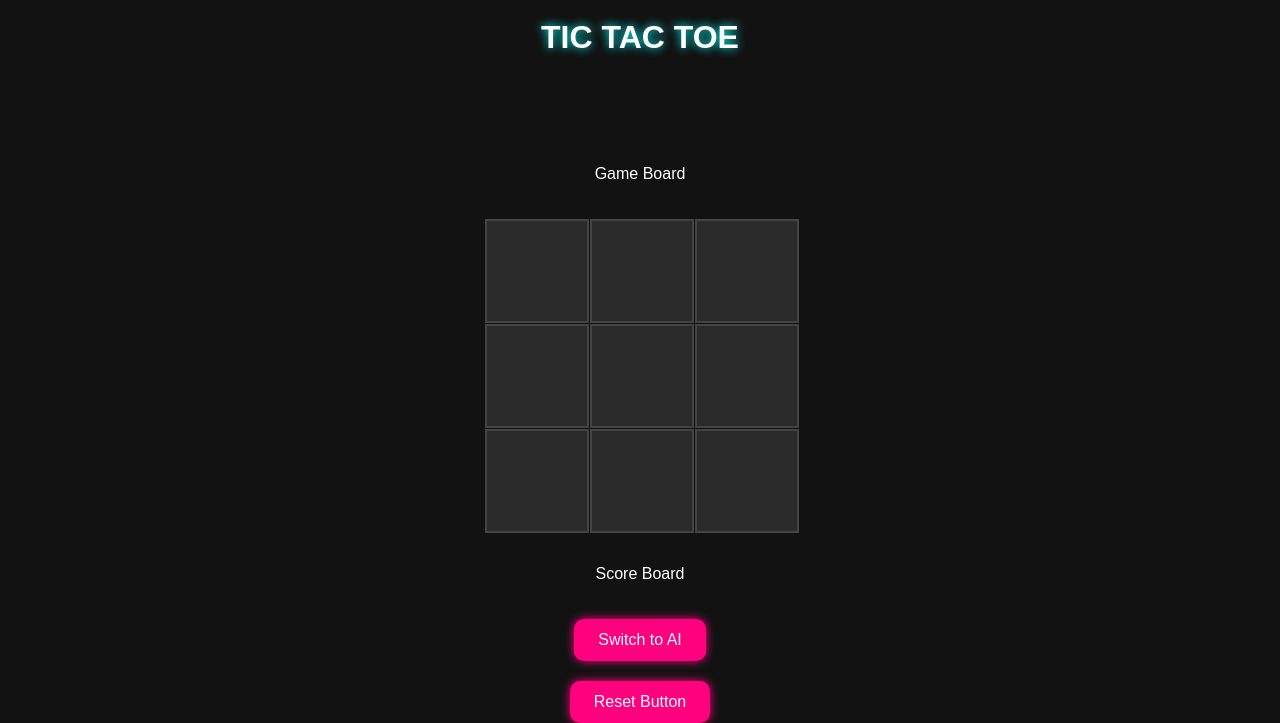
Repository: Yash19075/TicTacToe-game
Page: TicTacToe.html
The author's editor kept a copy of each file at every save. The page is drawn from the files as they stood at one save, then again after the next save.
The browser window is 1280 px wide. The pictures show the whole page.

Above is the page before, as saved 2025-03-09 11:06:54.

### TicTacToe.html
<!DOCTYPE html>
<html lang="en">
<head>
    <meta charset="UTF-8">
    <meta name="viewport" content="width=device-width, initial-scale=1.0">
    <title>TicTacToe</title>
    <link rel="stylesheet" href="TicTacToe.css">
</head>
<body>
    <h1>TIC TAC TOE</h1>

    <p class="player-turn"></p>

    <p>Game Board</p>
    <div class="css-board">
        <div class="cell" onclick="handleClick(0)"></div>
        <div class="cell" onclick="handleClick(1)"></div>
        <div class="cell" onclick="handleClick(2)"></div>
        <div class="cell" onclick="handleClick(3)"></div>
        <div class="cell" onclick="handleClick(4)"></div>
        <div class="cell" onclick="handleClick(5)"></div>
        <div class="cell" onclick="handleClick(6)"></div>
        <div class="cell" onclick="handleClick(7)"></div>
        <div class="cell" onclick="handleClick(8)"></div>
    </div>
    <p class="score-board">Score Board</p>
    <button class="css-switchButton">Switch to AI</button>
    <button class="css-resetButton" onclick="button_reset()">Reset Button</button>

    <script src="TicTacToe.js"></script>
</body>
</html>

### TicTacToe.css
body {
    display: flex;
    justify-content: center;
    align-items: center;
    flex-direction: column;
    height: 100vh;
    margin: 0;
    gap: 20px;
    background-color: #121212;
    color: white;
    font-family: Arial, sans-serif;
}

h1 {
    font-size: 32px;
    text-shadow: 0 0 10px #00ffff;
}


.css-board {
    display: grid;
    grid-template-columns: repeat(3, 100px);
    grid-template-rows: repeat(3, 100px);
    gap: 5px;
}

/* Game Board Cells */
.css-board div {
    display: flex;
    justify-content: center;
    align-items: center;
    border: 2px solid #444;
    background-color: #2a2a2a;
    color: #00ffff; /* Neon cyan */
    font-size: 36px;
    font-weight: bold;
    width: 100px;
    height: 100px;
    text-shadow: 0 0 10px #00ffff;
    transition: background-color 0.3s ease-in-out, box-shadow 0.3s;
}

/* Hover effect on empty cells */
.css-board div:hover {
    background-color: #333;
    box-shadow: 0 0 10px #00ffff;
    cursor: pointer;
}

/* Buttons */
.css-switchButton, .css-resetButton {
    padding: 12px 24px;
    border-radius: 10px;
    cursor: pointer;
    font-size: 16px;
    border: none;
    background-color: #ff007f; /* Neon pink */
    color: white;
    box-shadow: 0 0 10px #ff007f;
    transition: transform 0.2s ease-in-out, background-color 0.3s, box-shadow 0.3s;
}

.css-switchButton:hover, .css-resetButton:hover {
    background-color: #ff00ff; /* Brighter glow */
    box-shadow: 0 0 15px #ff00ff;
    transform: scale(1.1);
}

### TicTacToe.js
let board = ["","","","","","","","",""];
move = 'X';
const cells = document.querySelectorAll(".css-board div");
console.log(cells)

let cellCount = 0;
let winningPattern = [
    [0,1,2],
    [3,4,5],
    [6,7,8],
    [0,3,6],
    [1,4,7],
    [2,5,8],
    [0,4,8],
    [2,4,6]
]

// for (let i = 0; i < cells.length; i++) {
//     cells[i].onclick = function () {
//         handleClick(i);
//     };
// }

function winner() {
    for (let pattern of winningPattern)
    {
        let pos0 = cells[pattern[0]].innerText;
        let pos1 = cells[pattern[1]].innerText;
        let pos2 = cells[pattern[2]].innerText;
        // console.log(pos0,pos1,pos2);
        if(pos0 != "" && pos1!= "" && pos2 != "")
        {
            if(pos0 === pos1 && pos1 === pos2)
            {
                // console.log("Winner");
                document.querySelector(".score-board").innerText = `${pos0}'s Win`;
                for (let cell of cells) {
                    cell.onclick = null;
                    cell.classList.add("disabled");
                }
            return pos0;
            }
        }
        if(cellCount == 9)
        {
            document.querySelector(".score-board").innerText = `Its a draw`;
        }
    }
}



function handleClick(index) {
 if(move === 'X')
    {
        document.querySelector(".player-turn").innerHTML = `Player 0's turn`;
    }
    else
    {
        document.querySelector(".player-turn").innerHTML = `Player X's turn`
    }
    if (cells[index].innerHTML === '') {
        cells[index].innerHTML = move;
        move = move === 'X' ? 'O' : 'X';
        cells[index].onclick = null;
        cellCount++;
        console.log(cellCount);
    }
    winner();
}

function button_reset() {
    for(let i = 0; i <cells.length; i++)
    {
        cells[i].innerHTML = '';
        board[i] = '';
        document.querySelector(".score-board").innerText = 'ScoreBoard';
        cells[i].onclick = function() { handleClick(i); };
        document.querySelector(".player-turn").innerHTML = `Player X's turn`;
        cellCount = 0;
    }
    move = 'X'
}

After the next save:
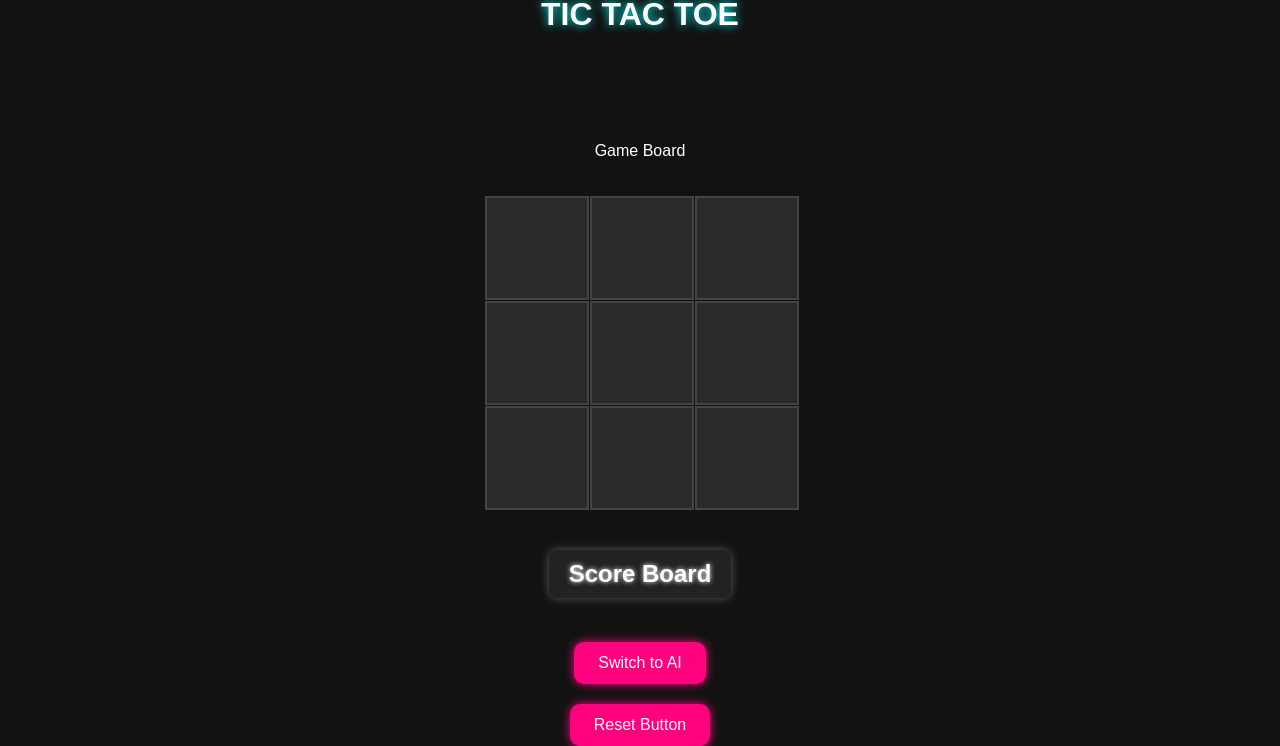
Saved 2 min 14 s later.
--- a/TicTacToe.css
+++ b/TicTacToe.css
@@ -65,3 +65,15 @@ h1 {
     box-shadow: 0 0 15px #ff00ff;
     transform: scale(1.1);
 }
+
+.score-board {
+    font-size: 24px;
+    font-weight: bold;
+    padding: 10px 20px;
+    border-radius: 8px;
+    background-color: #222; /* Dark background */
+    color: white;
+    text-shadow: 0 0 5px #ffffff;
+    box-shadow: 0 0 10px rgba(255, 255, 255, 0.3);
+    transition: background-color 0.3s ease-in-out, box-shadow 0.3s ease-in-out;
+}
